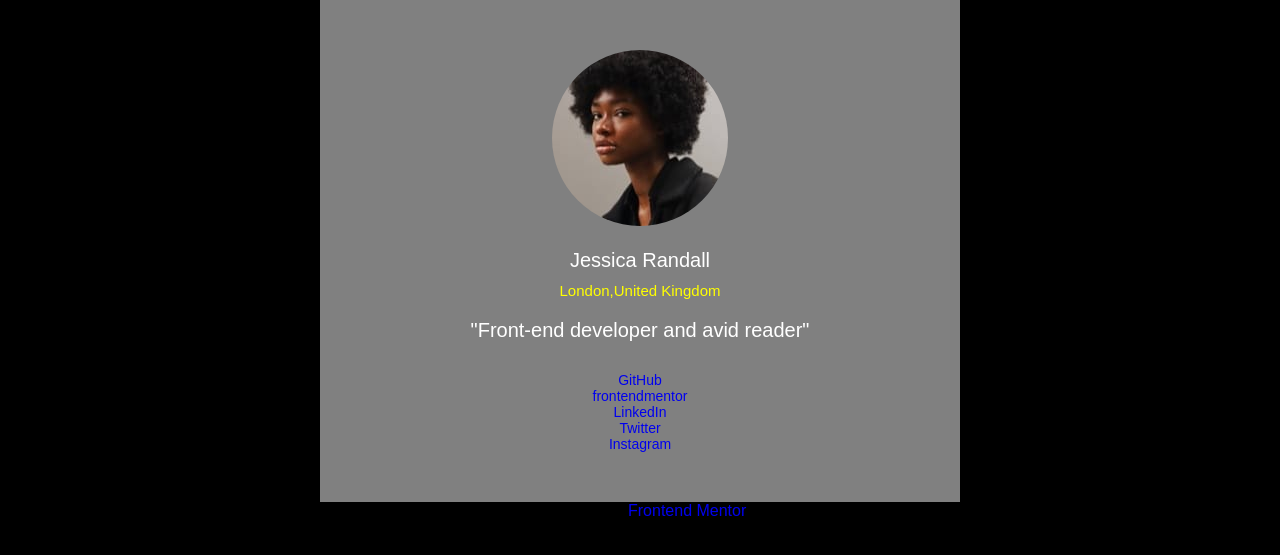
Repository: JosephAbatan05/Social-links-profile
Page: social-links-profile-main/index.html
The author's editor kept a copy of each file at every save. The page is drawn from the files as they stood at one save, then again after the next save.
The browser window is 1280 px wide. The pictures show the whole page.

Above is the page before, as saved 2025-01-25 13:10:16.

After the next save:
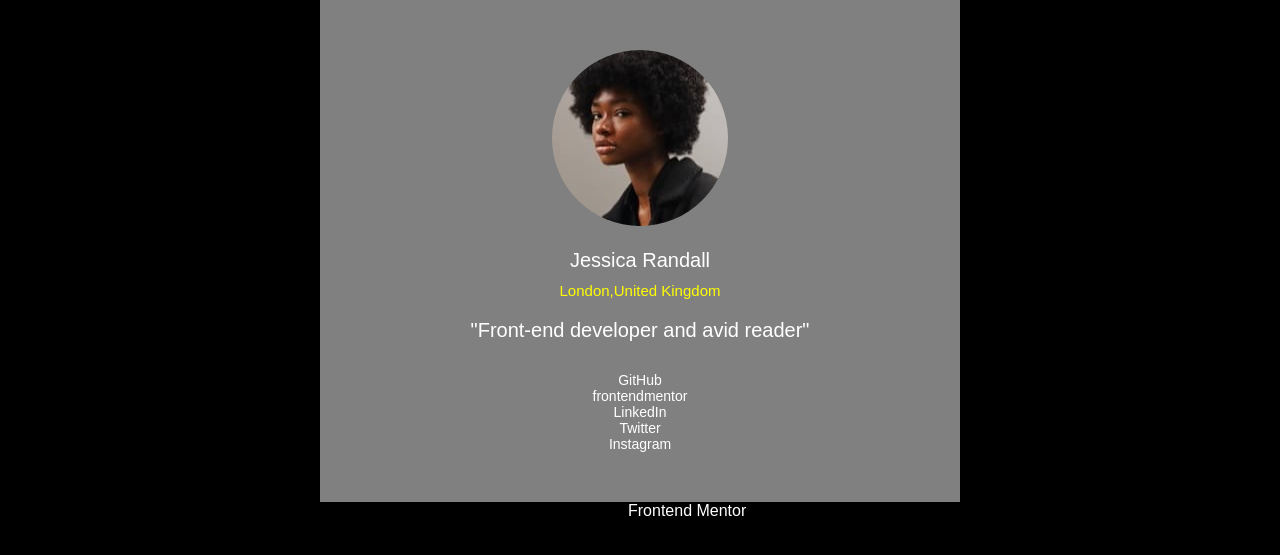
Saved 6 s later.
--- a/social-links-profile-main/styles.css
+++ b/social-links-profile-main/styles.css
@@ -58,7 +58,8 @@ img{
 a{
     margin-top: 20px;
     text-decoration: none;
-    color:w
+    color:white;
+    fo
     margin-top: 10px;
 }
 
